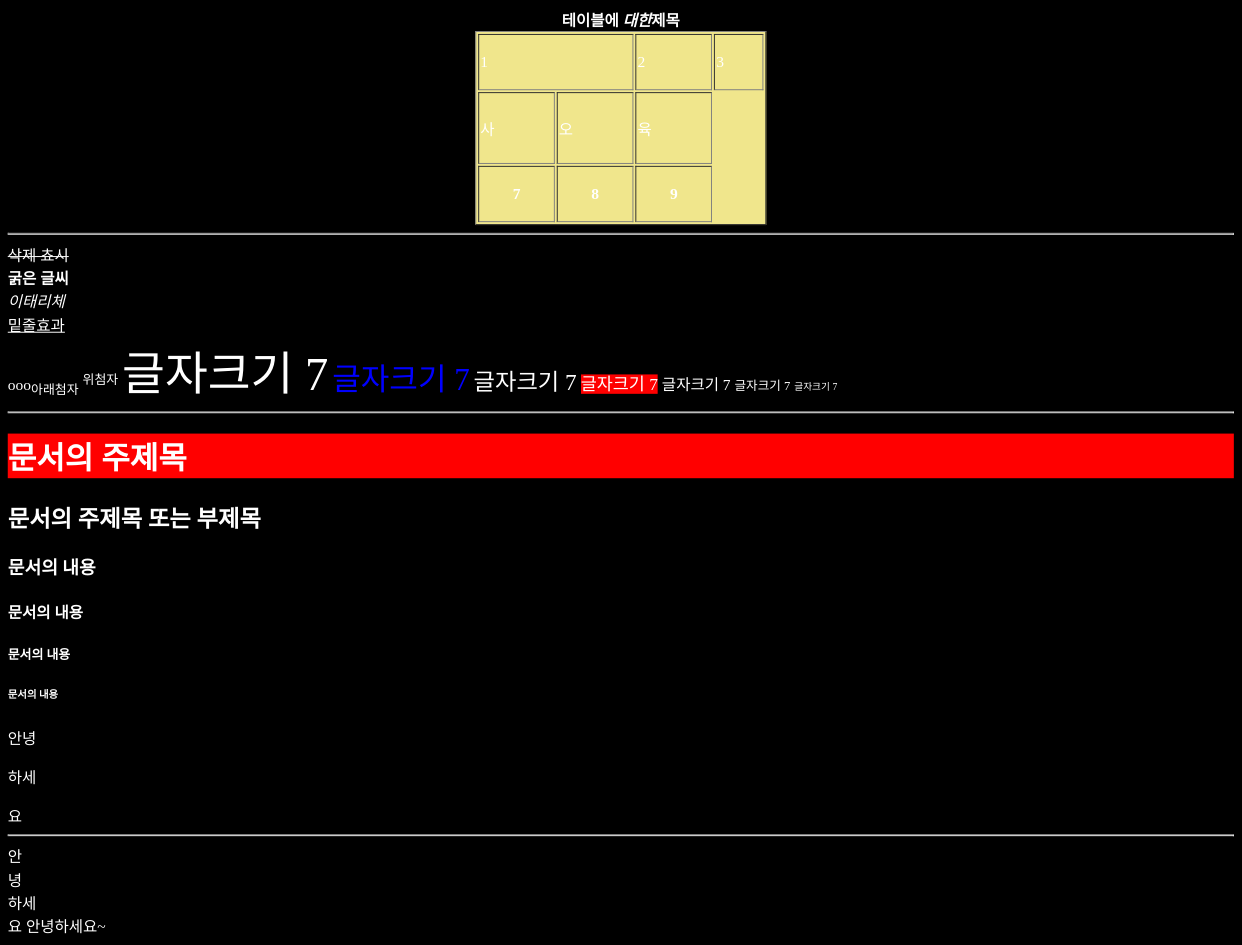
Repository: sjh86/html-day01
Page: html/day01.html
The author's editor kept a copy of each file at every save. The page is drawn from the files as they stood at one save, then again after the next save.
The browser window is 1280 px wide. The pictures show the whole page, at 97% of full size.

Above is the page before, as saved 2021-10-04 05:27:49.

### html/day01.html
<!DOCTYPE html>
<html>
<head>
<meta charset="EUC-KR">
<title>Insert title here</title>
</head>
<body text="white" bgcolor="black">

<table border="1" align="center" height="200" width="300" bgcolor="khaki">
	<caption> <b>테이블에 <i>대한</i>제목</b></caption>





	<tr>
		<td colspan="2">1</td><td>2</td><td>3</td>
	</tr>
	<tr>
		<td>사</td><td>오</td><td>육</td>
	</tr>
	<tr>
		<th>7</th><th>8</th><th>9</th>
	</tr>
</table>

<hr>





<strike>삭제 쵸시</strike> <br>
<b>굵은 글씨</b> <br>
<i>이태리체</i> <br>
<u>밑줄효과</u> <br>
ooo<sub>아래첨자</sub> <sup>위첨자</sup>


<font size = "7">글자크기 7</font>
<font size = "6" face="궁서체" color = "blue">글자크기 7</font>
<font size = "5">글자크기 7</font>
<font size = "4" style="background-color: red;">글자크기 7</font>
<font size = "3">글자크기 7</font>
<font size = "2">글자크기 7</font>
<font size = "1">글자크기 7</font>

<hr>

<h1 style="background-color: red;">문서의 주제목</h1>
<h2>문서의 주제목 또는 부제목</h2>
<h3>문서의 내용</h3>
<h4>문서의 내용</h4>
<h5>문서의 내용</h5>
<h6>문서의 내용</h6>
안녕
<p>하세</p>
요
<hr>
안<br>녕<br>
하세<br>
요
<!--

주석
 -->
	안녕하세요~
</body>
</html>

After the next save:
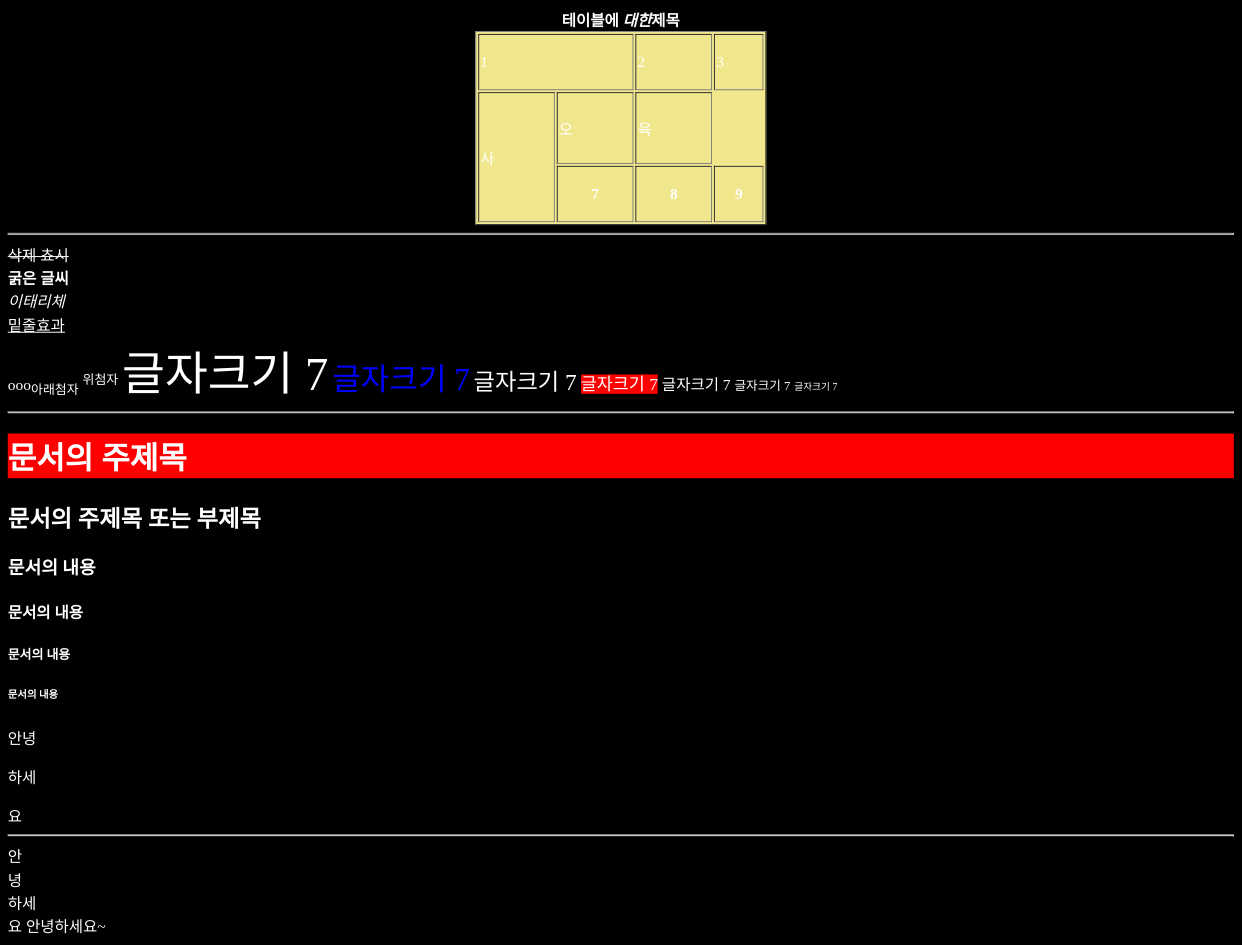
Saved 3 min 33 s later.
--- a/html/day01.html
+++ b/html/day01.html
@@ -16,8 +16,9 @@
 	<tr>
 		<td colspan="2">1</td><td>2</td><td>3</td>
 	</tr>
+
 	<tr>
-		<td>사</td><td>오</td><td>육</td>
+		<td rowspan ="2">사</td><td>오</td><td>육</td>
 	</tr>
 	<tr>
 		<th>7</th><th>8</th><th>9</th>
